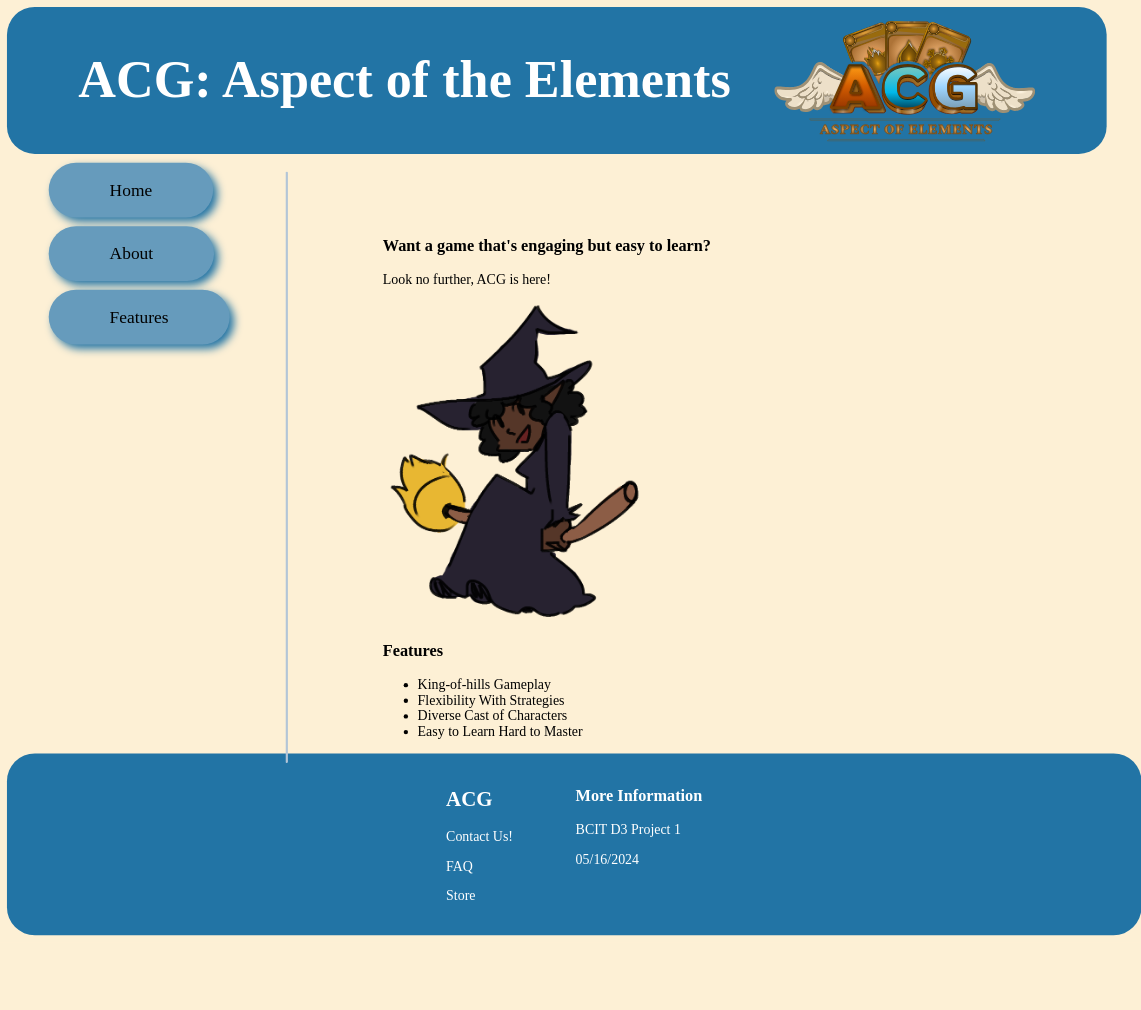
Repository: Delukalgh/ACG
Page: Features.html
An editor plug-in stored every save of this project. The page is shown before and after the next save, followed by the edit.
The browser window is 1280 px wide. The page is 1312 px wide, so the pictures cover 1312 px, including what lies to the right of the window. The pictures show the whole page, at 87% of full size.

Above is the page before, as saved 2024-05-15 15:40:54.

### Features.html
<!DOCTYPE html>
<html lang="en">

<head>
  <meta charset="UTF-8">
  <meta name="viewport" content="width=device-width, initial-scale=1.0">
  <meta http-equiv="X-UA-Compatible" content="ie=edge">
  <title>ACG Home Page</title>
  <link rel="stylesheet" href="features-style.css">
</head>

<body>
  <script src="index.js"></script>
  <div class="main-container">
    <div class="header-container">
      <h1 class="acg-header">ACG: Aspect of the Elements</h1>
      <img class="acg-logo" src="images/ACG-Logo.svg" alt="acg logo" style="width: 300px;" />
    </div>
    <div class="vertical-line"></div>

    <!--Side Menu-->
    <div class="buttons-container">
      <div class="button">
        <a class="link" href="index.html">
          <button class="about-page">Home</button>
        </a>
      </div>
    <div class="button">
      <a class="link" href="about.html">
        <button class="about-page">About</button>
      </a>
    </div>
    <div class="button">
      <a class="link" href="features.html">
        <button class="about-page">Features</button>
      </a>
    </div>
    </div>

    <!--Content-->
    <div class="features-container">
      <div class="content">
      <h3>Want a game that's engaging but easy to learn?</h3>
      <p>Look no further, ACG is here!</p>
        <img src="images/IllustrationWitchGirl.png" width="300px"/>


        <h3>Features</h3>
        <ul>
          <li>King-of-hills Gameplay</li>
          <li>Flexibility With Strategies</li>
          <li>Diverse Cast of Characters</li>
          <li>Easy to Learn Hard to Master</li>
        </ul>
      </div>
    </div>

    <!--Footer-->
    <div class="footer-container">
      <div class="footer-group-1">
        <h2>ACG</h2>
        <p>Contact Us!</p>
        <p>FAQ</p>
        <p>Store</p>
      </div>

      <div class="footer-group-2">
        <h3>More Information</h3>
        <p>BCIT D3 Project 1</p>
        <p>05/16/2024</p>
      </div>
    </div>
  </div>
</body>

</html>

### features-style.css
body {
  background-color: #FDF0D5;
}

.main-container {
  position: relative;
  min-height: 100vh;
}
.header-container {
  display: flex;
  background-color: #2274A5;
  padding: 10px;
  justify-content: center;
  border-radius: 32px;
}

.acg-header {
  color: white;
  font-family: cursive;
  font-size: 60px;
}

.acg-logo {
  display: flex;
  margin-left: 50px;
}

.vertical-line {
  border-left: 3px solid #B3C5D7;
  height: 42.5em;
  position:absolute;
  margin-left: 20em;
  border-radius: 32px;
  margin-top: 20px;
}
.buttons-container {
  width: fit-content;
}
.button {
  display: flex;
  justify-content: center;
  margin-top: 10px;
  justify-content: left;
  margin-left: 3em;
}

.about-page {
  display: flex;
  background-color: #669BBC;
  padding: 20px 70px;
  border-radius: 32px;
  border: none;
  font-size: 20px;
  font-family: cursive;
  box-shadow: 5px 5px 10px #2274A5;
  cursor: pointer;
}

.link {
  text-decoration: none;
}

.footer-container {
  display: flex;
  background-color: #2274A5;
  padding: 20px;
  justify-content: center;
  border-radius: 32px;

  width: 100%;
  color: white;
  font-family: cursive;
}

.footer-group-1 {
margin-right: 10vh;
height: 100%;
}

.features-container {
  margin-left: 60vh;
  position:relative;
  margin-top: -20vh;

}

Loaded but not shown: index.js (no stored copy; drawn as an empty file)

After the next save:
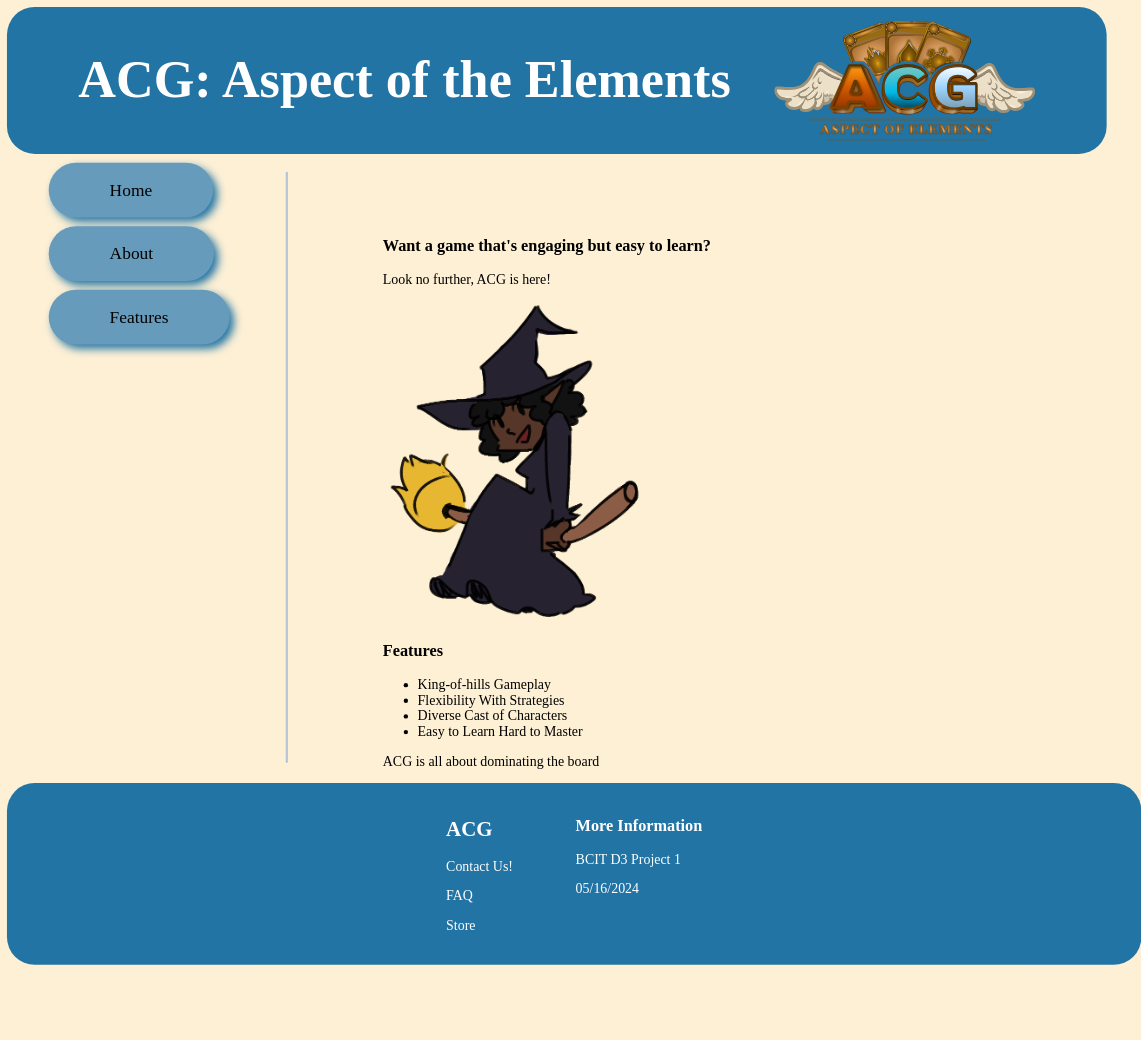
Saved 70 s later.
--- a/Features.html
+++ b/Features.html
@@ -52,6 +52,8 @@
           <li>Diverse Cast of Characters</li>
           <li>Easy to Learn Hard to Master</li>
         </ul>
+
+        <p>ACG is all about dominating the board</p>
       </div>
     </div>
 
